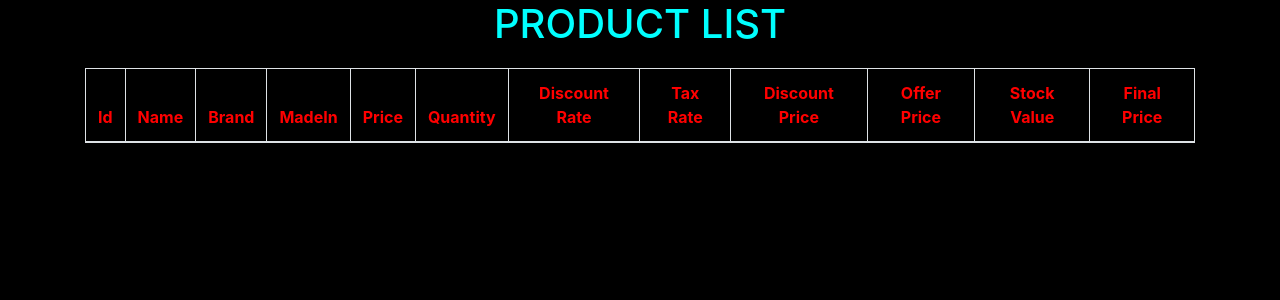
Repository: Ravi-kishor-09/Ravi-projects
Page: http://localhost/product-list
The author's editor kept a copy of each file at every save. The page is drawn from the files as they stood at one save, then again after the next save.
The browser window is 1280 px wide. The pictures show the whole page.
The page is this project's Thymeleaf template; nobody is signed in. The template is opened directly, without the code that normally fills it, so the values that code supplies are empty.

Above is the page before, as saved 2024-12-20 10:12:56.

After the next save:
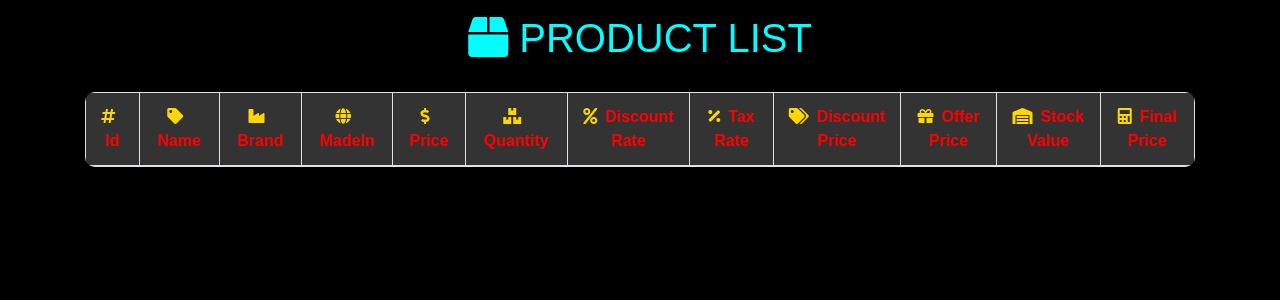
Saved 4 min 43 s later.
--- a/spring1/src/main/resources/templates/product-list.html
+++ b/spring1/src/main/resources/templates/product-list.html
@@ -6,44 +6,69 @@
     <title>Product List</title>
     <!-- Bootstrap CSS -->
     <link href="https://maxcdn.bootstrapcdn.com/bootstrap/4.5.2/css/bootstrap.min.css" rel="stylesheet">
+    <!-- Font Awesome for Icons -->
+    <link href="https://cdnjs.cloudflare.com/ajax/libs/font-awesome/5.15.4/css/all.min.css" rel="stylesheet">
     <style>
         body {
             background-color: black;
+            color: white;
+            font-family: 'Arial', sans-serif;
         }
         h1 {
             color: aqua;
             margin-bottom: 20px;
+            animation: text-jump 2s infinite;
+        }
+        @keyframes text-jump {
+            0%, 100% {
+                transform: translateY(0);
+            }
+            50% {
+                transform: translateY(-10px);
+            }
         }
         table {
-            color: chartreuse;
+            color: white;
+            background-color: #1a1a1a;
+            border-radius: 10px;
+            overflow: hidden;
         }
         thead th {
             color: red;
+            background-color: #333;
         }
         tbody td {
             color: chartreuse;
         }
+        tbody tr:hover {
+            background-color: #444;
+            cursor: pointer;
+        }
+        .icon {
+            color: gold;
+            margin-right: 8px;
+        }
     </style>
 </head>
 <body>
-    <div class="container text-center">
-        <h1>PRODUCT LIST</h1>
+    <div class="container text-center py-4">
+        <h1><i class="fas fa-box"></i> PRODUCT LIST</h1>
         <div class="table-responsive">
             <table class="table table-bordered table-hover">
                 <thead>
                     <tr>
-                        <th>Id</th>
-                        <th>Name</th>
-                        <th>Brand</th>
-                        <th>MadeIn</th>
-                        <th>Price</th>
-                        <th>Quantity</th>
-                        <th>Discount Rate</th>
-                        <th>Tax Rate</th>
-                        <th>Discount Price</th>
-                        <th>Offer Price</th>
-                        <th>Stock Value</th>
-                        <th>Final Price</th>
+                        <th><i class="fas fa-hashtag icon"></i>Id</th>
+                        <th><i class="fas fa-tag icon"></i>Name</th>
+                        <th><i class="fas fa-industry icon"></i>Brand</th>
+                        <th><i class="fas fa-globe icon"></i>MadeIn</th>
+                        <th><i class="fas fa-dollar-sign icon"></i>Price</th>
+                        <th><i class="fas fa-boxes icon"></i>Quantity</th>
+                        <th><i class="fas fa-percent icon"></i>Discount Rate</th>
+                        <th><i class="fas fa-percentage icon"></i>Tax Rate</th>
+                        <th><i class="fas fa-tags icon"></i>Discount Price</th>
+                        <th><i class="fas fa-gift icon"></i>Offer Price</th>
+                        <th><i class="fas fa-warehouse icon"></i>Stock Value</th>
+                        <th><i class="fas fa-calculator icon"></i>Final Price</th>
                     </tr>
                 </thead>
                 <tbody>
